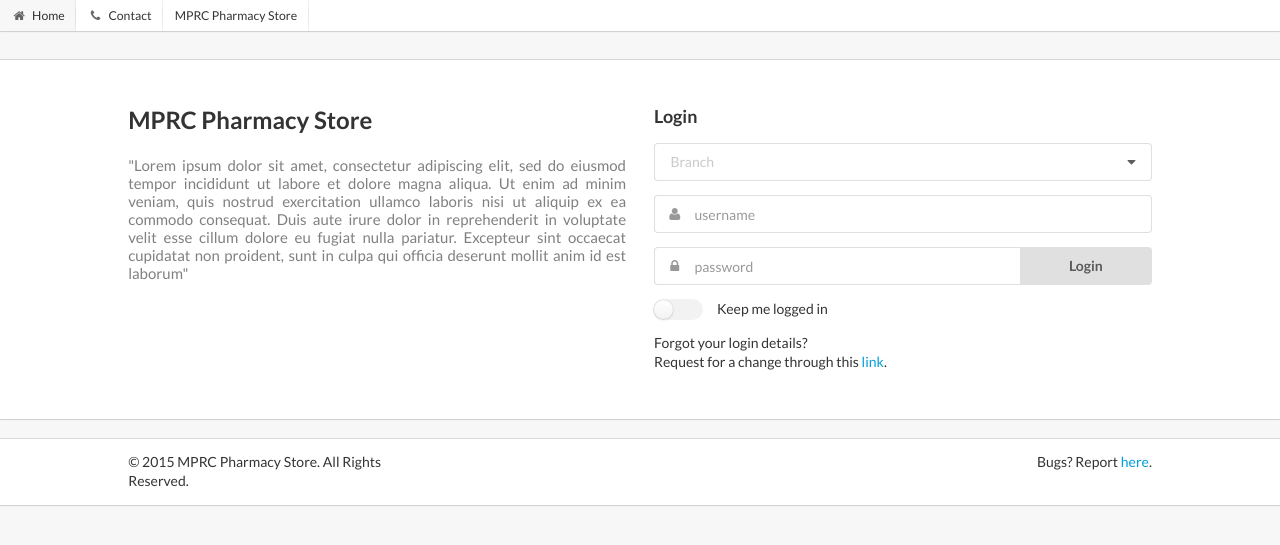
Repository: thdrwngkd/oims
Page: public/index.html
The author's editor kept a record of every edit. The page is drawn from the files as they stood at one moment, then again after the next edit.
The browser window is 1280 px wide. The pictures show the whole page.

Above is the page before.

### public/index.html
<!DOCTYPE html>
<html>
  <head>
    <!-- Standard Meta -->
    <meta charset="utf-8" />
    <meta http-equiv="X-UA-Compatible" content="IE=edge,chrome=1" />
    <meta name="viewport" content="width=device-width, initial-scale=1.0, maximum-scale=1.0">

    <!-- Site Properities -->
    <title>Online Inventory Management</title>

    <link href="../dist/googleapis.css" rel="stylesheet" type="text/css">
    <link href="../dist/semantic.css"   rel="stylesheet" type="text/css">
    <link href="../src/css/base.css"    rel="stylesheet" type="text/css">

    <script src="../dist/jquery.js"></script>
    <script src="../dist/jquery.address.js"></script>
    <script src="../dist/semantic.js"></script>

  </head>
  <body>
    <!-- Start  Header Navbar -->
    <header>
      <nav class="ui fixed fluid main small menu">
        <a class="item" href="#"><i class="home icon"></i>  Home</a>
        <a class="item" href="#"><i class="call icon"></i>  Contact</a>
        <a class="item">MPRC Pharmacy Store</a>
      </nav>
    </header>
    <!-- End    Header Navbar -->
    <div class="clear height sixty pixels"></div>
    <!-- Start  Section Masthead Segment -->
    <section class="ui center segment clear">
      <div class="ui stackable page grid top-bottom margin twenty pixels">
        <div class="two column row">
          <div class="column">
            <h2 class="ui header">
              MPRC Pharmacy Store
              <div class="sub header" style="margin-top: 20px; text-align: justify">
                "Lorem ipsum dolor sit amet, consectetur adipiscing elit, sed do eiusmod tempor incididunt ut labore et dolore magna aliqua. Ut enim ad minim veniam, quis nostrud exercitation ullamco laboris nisi ut aliquip ex ea commodo consequat. Duis aute irure dolor in reprehenderit in voluptate velit esse cillum dolore eu fugiat nulla pariatur. Excepteur sint occaecat cupidatat non proident, sunt in culpa qui officia deserunt mollit anim id est laborum"
              </div>
            </h2>
          </div>
          <div class="column">
            <h3 class="ui header">
              Login
            </h3>
            <form class="ui fluid form">
              <div class="field">
                <div class="ui selection dropdown">
                  <input type="hidden" name="gender">
                  <div class="default text">Branch</div>
                  <i class="dropdown icon"></i>
                  <div class="menu">
                    <div class="item" data-value="male">Pag-Asa</div>
                    <div class="item" data-value="female">Daang Tubo</div>
                  </div>
                </div>
              </div>
              <div class="field">
                <div class="ui left icon input">
                  <input type="text" placeholder="username">
                  <i class="user icon"></i>
                </div>
              </div>
              <div class="field">
                <div class="ui left icon action input">
                  <i class="lock icon"></i>
                  <input name="email" type="text" placeholder="password">
                  <div class="ui submit button">Login</div>
                </div>
              </div>
              <div class="field">
                <div class="ui toggle checkbox">
                  <input type="checkbox" name="keep_logged" value="x">
                  <label>Keep me logged in</label>
                </div>
              </div>
              <div class="field">
                <p>Forgot your login details?<br>Request for a change through this <a href="forgot-password.html">link</a>.</p>
              </div>
            </form>
          </div>
        </div>
      </div>

    </section>
    <!-- End    Projects Section -->
    <div class="clear height twenty pixels"></div>
    <!-- Start  About Section -->
    <section class="ui footer segment clear">
      <div class="ui page grid">
        <div class="row">
          <div class="left floated five wide column">
            <div>© 2015 MPRC Pharmacy Store. All Rights Reserved. <div></div></div>
          </div>
          <div class="five wide column">
            <p></p>
          </div>
          <div class="right floated right aligned six wide column">
            <p>Bugs? Report <a href="">here</a>.</p>
          </div>
        </div>
      </div>
    </section>
    <!-- End    About Section -->
    <!-- Javascript Imports -->
      <script src="../dist/base.js"></script>
    <!-- Javascript Imports -->
  </body>
</html>

### dist/googleapis.css
/* cyrillic-ext */
@font-face {
  font-family: 'Open Sans';
  font-style: normal;
  font-weight: 300;
  src: local('Open Sans Light'), local('OpenSans-Light'), url(http://fonts.gstatic.com/s/opensans/v10/DXI1ORHCpsQm3Vp6mXoaTSUUniRZcd_wq8DYmIfsw2A.woff2) format('woff2');
  unicode-range: U+0460-052F, U+20B4, U+2DE0-2DFF, U+A640-A69F;
}
/* cyrillic */
@font-face {
  font-family: 'Open Sans';
  font-style: normal;
  font-weight: 300;
  src: local('Open Sans Light'), local('OpenSans-Light'), url(http://fonts.gstatic.com/s/opensans/v10/DXI1ORHCpsQm3Vp6mXoaTeXREeHhJi4GEUJI9ob_ak4.woff2) format('woff2');
  unicode-range: U+0400-045F, U+0490-0491, U+04B0-04B1, U+2116;
}
/* devanagari */
@font-face {
  font-family: 'Open Sans';
  font-style: normal;
  font-weight: 300;
  src: local('Open Sans Light'), local('OpenSans-Light'), url(http://fonts.gstatic.com/s/opensans/v10/DXI1ORHCpsQm3Vp6mXoaTY0Uz7fbu6RM5MPetubMKio.woff2) format('woff2');
  unicode-range: U+02BC, U+0900-097F, U+1CD0-1CF6, U+1CF8-1CF9, U+200B-200D, U+20A8, U+20B9, U+25CC, U+A830-A839, U+A8E0-A8FB;
}
/* greek-ext */
@font-face {
  font-family: 'Open Sans';
  font-style: normal;
  font-weight: 300;
  src: local('Open Sans Light'), local('OpenSans-Light'), url(http://fonts.gstatic.com/s/opensans/v10/DXI1ORHCpsQm3Vp6mXoaTfzy0yu4vcvNhe7QLuoE8rU.woff2) format('woff2');
  unicode-range: U+1F00-1FFF;
}
/* greek */
@font-face {
  font-family: 'Open Sans';
  font-style: normal;
  font-weight: 300;
  src: local('Open Sans Light'), local('OpenSans-Light'), url(http://fonts.gstatic.com/s/opensans/v10/DXI1ORHCpsQm3Vp6mXoaTc9-ZSaZ3mOOsU9E1f6DGWc.woff2) format('woff2');
  unicode-range: U+0370-03FF;
}
/* vietnamese */
@font-face {
  font-family: 'Open Sans';
  font-style: normal;
  font-weight: 300;
  src: local('Open Sans Light'), local('OpenSans-Light'), url(http://fonts.gstatic.com/s/opensans/v10/DXI1ORHCpsQm3Vp6mXoaTYZI5FoslwusAsZHK_V0XCI.woff2) format('woff2');
  unicode-range: U+0102-0103, U+1EA0-1EF1, U+20AB;
}
/* latin-ext */
@font-face {
  font-family: 'Open Sans';
  font-style: normal;
  font-weight: 300;
  src: local('Open Sans Light'), local('OpenSans-Light'), url(http://fonts.gstatic.com/s/opensans/v10/DXI1ORHCpsQm3Vp6mXoaTRUOjZSKWg4xBWp_C_qQx0o.woff2) format('woff2');
  unicode-range: U+0100-024F, U+1E00-1EFF, U+20A0-20AB, U+20AD-20CF, U+2C60-2C7F, U+A720-A7FF;
}
/* latin */
@font-face {
  font-family: 'Open Sans';
  font-style: normal;
  font-weight: 300;
  src: local('Open Sans Light'), local('OpenSans-Light'), url(http://fonts.gstatic.com/s/opensans/v10/DXI1ORHCpsQm3Vp6mXoaTegdm0LZdjqr5-oayXSOefg.woff2) format('woff2');
  unicode-range: U+0000-00FF, U+0131, U+0152-0153, U+02C6, U+02DA, U+02DC, U+2000-206F, U+2074, U+20AC, U+2212, U+2215, U+E0FF, U+EFFD, U+F000;
}
/* cyrillic-ext */
@font-face {
  font-family: 'Open Sans';
  font-style: normal;
  font-weight: 400;
  src: local('Open Sans'), local('OpenSans'), url(http://fonts.gstatic.com/s/opensans/v10/K88pR3goAWT7BTt32Z01m1tXRa8TVwTICgirnJhmVJw.woff2) format('woff2');
  unicode-range: U+0460-052F, U+20B4, U+2DE0-2DFF, U+A640-A69F;
}
/* cyrillic */
@font-face {
  font-family: 'Open Sans';
  font-style: normal;
  font-weight: 400;
  src: local('Open Sans'), local('OpenSans'), url(http://fonts.gstatic.com/s/opensans/v10/RjgO7rYTmqiVp7vzi-Q5UVtXRa8TVwTICgirnJhmVJw.woff2) format('woff2');
  unicode-range: U+0400-045F, U+0490-0491, U+04B0-04B1, U+2116;
}
/* devanagari */
@font-face {
  font-family: 'Open Sans';
  font-style: normal;
  font-weight: 400;
  src: local('Open Sans'), local('OpenSans'), url(http://fonts.gstatic.com/s/opensans/v10/ttwNtsRpgsxVmgGGmiUOEltXRa8TVwTICgirnJhmVJw.woff2) format('woff2');
  unicode-range: U+02BC, U+0900-097F, U+1CD0-1CF6, U+1CF8-1CF9, U+200B-200D, U+20A8, U+20B9, U+25CC, U+A830-A839, U+A8E0-A8FB;
}
/* greek-ext */
@font-face {
  font-family: 'Open Sans';
  font-style: normal;
  font-weight: 400;
  src: local('Open Sans'), local('OpenSans'), url(http://fonts.gstatic.com/s/opensans/v10/LWCjsQkB6EMdfHrEVqA1KVtXRa8TVwTICgirnJhmVJw.woff2) format('woff2');
  unicode-range: U+1F00-1FFF;
}
/* greek */
@font-face {
  font-family: 'Open Sans';
  font-style: normal;
  font-weight: 400;
  src: local('Open Sans'), local('OpenSans'), url(http://fonts.gstatic.com/s/opensans/v10/xozscpT2726on7jbcb_pAltXRa8TVwTICgirnJhmVJw.woff2) format('woff2');
  unicode-range: U+0370-03FF;
}
/* vietnamese */
@font-face {
  font-family: 'Open Sans';
  font-style: normal;
  font-weight: 400;
  src: local('Open Sans'), local('OpenSans'), url(http://fonts.gstatic.com/s/opensans/v10/59ZRklaO5bWGqF5A9baEEVtXRa8TVwTICgirnJhmVJw.woff2) format('woff2');
  unicode-range: U+0102-0103, U+1EA0-1EF1, U+20AB;
}
/* latin-ext */
@font-face {
  font-family: 'Open Sans';
  font-style: normal;
  font-weight: 400;
  src: local('Open Sans'), local('OpenSans'), url(http://fonts.gstatic.com/s/opensans/v10/u-WUoqrET9fUeobQW7jkRVtXRa8TVwTICgirnJhmVJw.woff2) format('woff2');
  unicode-range: U+0100-024F, U+1E00-1EFF, U+20A0-20AB, U+20AD-20CF, U+2C60-2C7F, U+A720-A7FF;
}
/* latin */
@font-face {
  font-family: 'Open Sans';
  font-style: normal;
  font-weight: 400;
  src: local('Open Sans'), local('OpenSans'), url(http://fonts.gstatic.com/s/opensans/v10/cJZKeOuBrn4kERxqtaUH3VtXRa8TVwTICgirnJhmVJw.woff2) format('woff2');
  unicode-range: U+0000-00FF, U+0131, U+0152-0153, U+02C6, U+02DA, U+02DC, U+2000-206F, U+2074, U+20AC, U+2212, U+2215, U+E0FF, U+EFFD, U+F000;
}
/* cyrillic-ext */
@font-face {
  font-family: 'Open Sans';
  font-style: normal;
  font-weight: 700;
  src: local('Open Sans Bold'), local('OpenSans-Bold'), url(http://fonts.gstatic.com/s/opensans/v10/k3k702ZOKiLJc3WVjuplzCUUniRZcd_wq8DYmIfsw2A.woff2) format('woff2');
  unicode-range: U+0460-052F, U+20B4, U+2DE0-2DFF, U+A640-A69F;
}
/* cyrillic */
@font-face {
  font-family: 'Open Sans';
  font-style: normal;
  font-weight: 700;
  src: local('Open Sans Bold'), local('OpenSans-Bold'), url(http://fonts.gstatic.com/s/opensans/v10/k3k702ZOKiLJc3WVjuplzOXREeHhJi4GEUJI9ob_ak4.woff2) format('woff2');
  unicode-range: U+0400-045F, U+0490-0491, U+04B0-04B1, U+2116;
}
/* devanagari */
@font-face {
  font-family: 'Open Sans';
  font-style: normal;
  font-weight: 700;
  src: local('Open Sans Bold'), local('OpenSans-Bold'), url(http://fonts.gstatic.com/s/opensans/v10/k3k702ZOKiLJc3WVjuplzI0Uz7fbu6RM5MPetubMKio.woff2) format('woff2');
  unicode-range: U+02BC, U+0900-097F, U+1CD0-1CF6, U+1CF8-1CF9, U+200B-200D, U+20A8, U+20B9, U+25CC, U+A830-A839, U+A8E0-A8FB;
}
/* greek-ext */
@font-face {
  font-family: 'Open Sans';
  font-style: normal;
  font-weight: 700;
  src: local('Open Sans Bold'), local('OpenSans-Bold'), url(http://fonts.gstatic.com/s/opensans/v10/k3k702ZOKiLJc3WVjuplzPzy0yu4vcvNhe7QLuoE8rU.woff2) format('woff2');
  unicode-range: U+1F00-1FFF;
}
/* greek */
@font-face {
  font-family: 'Open Sans';
  font-style: normal;
  font-weight: 700;
  src: local('Open Sans Bold'), local('OpenSans-Bold'), url(http://fonts.gstatic.com/s/opensans/v10/k3k702ZOKiLJc3WVjuplzM9-ZSaZ3mOOsU9E1f6DGWc.woff2) format('woff2');
  unicode-range: U+0370-03FF;
}
/* vietnamese */
@font-face {
  font-family: 'Open Sans';
  font-style: normal;
  font-weight: 700;
  src: local('Open Sans Bold'), local('OpenSans-Bold'), url(http://fonts.gstatic.com/s/opensans/v10/k3k702ZOKiLJc3WVjuplzIZI5FoslwusAsZHK_V0XCI.woff2) format('woff2');
  unicode-range: U+0102-0103, U+1EA0-1EF1, U+20AB;
}
/* latin-ext */
@font-face {
  font-family: 'Open Sans';
  font-style: normal;
  font-weight: 700;
  src: local('Open Sans Bold'), local('OpenSans-Bold'), url(http://fonts.gstatic.com/s/opensans/v10/k3k702ZOKiLJc3WVjuplzBUOjZSKWg4xBWp_C_qQx0o.woff2) format('woff2');
  unicode-range: U+0100-024F, U+1E00-1EFF, U+20A0-20AB, U+20AD-20CF, U+2C60-2C7F, U+A720-A7FF;
}
/* latin */
@font-face {
  font-family: 'Open Sans';
  font-style: normal;
  font-weight: 700;
  src: local('Open Sans Bold'), local('OpenSans-Bold'), url(http://fonts.gstatic.com/s/opensans/v10/k3k702ZOKiLJc3WVjuplzOgdm0LZdjqr5-oayXSOefg.woff2) format('woff2');
  unicode-range: U+0000-00FF, U+0131, U+0152-0153, U+02C6, U+02DA, U+02DC, U+2000-206F, U+2074, U+20AC, U+2212, U+2215, U+E0FF, U+EFFD, U+F000;
}
/* cyrillic-ext */
@font-face {
  font-family: 'Open Sans';
  font-style: italic;
  font-weight: 300;
  src: local('Open Sans Light Italic'), local('OpenSansLight-Italic'), url(http://fonts.gstatic.com/s/opensans/v10/PRmiXeptR36kaC0GEAetxnJcj75aoY2FkN1K7fN5pSM.woff2) format('woff2');
  unicode-range: U+0460-052F, U+20B4, U+2DE0-2DFF, U+A640-A69F;
}
/* cyrillic */
@font-face {
  font-family: 'Open Sans';
  font-style: italic;
  font-weight: 300;
  src: local('Open Sans Light Italic'), local('OpenSansLight-Italic'), url(http://fonts.gstatic.com/s/opensans/v10/PRmiXeptR36kaC0GEAetxn1Xmpo4ASt4tV2E8fbn9tc.woff2) format('woff2');
  unicode-range: U+0400-045F, U+0490-0491, U+04B0-04B1, U+2116;
}
/* devanagari */
@font-face {
  font-family: 'Open Sans';
  font-style: italic;
  font-weight: 300;
  src: local('Open Sans Light Italic'), local('OpenSansLight-Italic'), url(http://fonts.gstatic.com/s/opensans/v10/PRmiXeptR36kaC0GEAetxp0ZClPV6EjNt18zha_DeYY.woff2) format('woff2');
  unicode-range: U+02BC, U+0900-097F, U+1CD0-1CF6, U+1CF8-1CF9, U+200B-200D, U+20A8, U+20B9, U+25CC, U+A830-A839, U+A8E0-A8FB;
}
/* greek-ext */
@font-face {
  font-family: 'Open Sans';
  font-style: italic;
  font-weight: 300;
  src: local('Open Sans Light Italic'), local('OpenSansLight-Italic'), url(http://fonts.gstatic.com/s/opensans/v10/PRmiXeptR36kaC0GEAetxhvwU2jSZ_W3bMnLe__5hmc.woff2) format('woff2');
  unicode-range: U+1F00-1FFF;
}
/* greek */
@font-face {
  font-family: 'Open Sans';
  font-style: italic;
  font-weight: 300;
  src: local('Open Sans Light Italic'), local('OpenSansLight-Italic'), url(http://fonts.gstatic.com/s/opensans/v10/PRmiXeptR36kaC0GEAetxlG2YASMDG4K4_XuakzasE8.woff2) format('woff2');
  unicode-range: U+0370-03FF;
}
/* vietnamese */
@font-face {
  font-family: 'Open Sans';
  font-style: italic;
  font-weight: 300;
  src: local('Open Sans Light Italic'), local('OpenSansLight-Italic'), url(http://fonts.gstatic.com/s/opensans/v10/PRmiXeptR36kaC0GEAetxqRhChYxGgJf4PX4Wvk4Rlk.woff2) format('woff2');
  unicode-range: U+0102-0103, U+1EA0-1EF1, U+20AB;
}
/* latin-ext */
@font-face {
  font-family: 'Open Sans';
  font-style: italic;
  font-weight: 300;
  src: local('Open Sans Light Italic'), local('OpenSansLight-Italic'), url(http://fonts.gstatic.com/s/opensans/v10/PRmiXeptR36kaC0GEAetxo05NJhCxBV64hQBJiatqx0.woff2) format('woff2');
  unicode-range: U+0100-024F, U+1E00-1EFF, U+20A0-20AB, U+20AD-20CF, U+2C60-2C7F, U+A720-A7FF;
}
/* latin */
@font-face {
  font-family: 'Open Sans';
  font-style: italic;
  font-weight: 300;
  src: local('Open Sans Light Italic'), local('OpenSansLight-Italic'), url(http://fonts.gstatic.com/s/opensans/v10/PRmiXeptR36kaC0GEAetxko2lTMeWA_kmIyWrkNCwPc.woff2) format('woff2');
  unicode-range: U+0000-00FF, U+0131, U+0152-0153, U+02C6, U+02DA, U+02DC, U+2000-206F, U+2074, U+20AC, U+2212, U+2215, U+E0FF, U+EFFD, U+F000;
}
/* vietnamese */
@font-face {
  font-family: 'Source Sans Pro';
  font-style: normal;
  font-weight: 400;
  src: local('Source Sans Pro'), local('SourceSansPro-Regular'), url(http://fonts.gstatic.com/s/sourcesanspro/v9/ODelI1aHBYDBqgeIAH2zlNOAHFN6BivSraYkjhveRHY.woff2) format('woff2');
  unicode-range: U+0102-0103, U+1EA0-1EF1, U+20AB;
}
/* latin-ext */
@font-face {
  font-family: 'Source Sans Pro';
  font-style: normal;
  font-weight: 400;
  src: local('Source Sans Pro'), local('SourceSansPro-Regular'), url(http://fonts.gstatic.com/s/sourcesanspro/v9/ODelI1aHBYDBqgeIAH2zlC2Q8seG17bfDXYR_jUsrzg.woff2) format('woff2');
  unicode-range: U+0100-024F, U+1E00-1EFF, U+20A0-20AB, U+20AD-20CF, U+2C60-2C7F, U+A720-A7FF;
}
/* latin */
@font-face {
  font-family: 'Source Sans Pro';
  font-style: normal;
  font-weight: 400;
  src: local('Source Sans Pro'), local('SourceSansPro-Regular'), url(http://fonts.gstatic.com/s/sourcesanspro/v9/ODelI1aHBYDBqgeIAH2zlNV_2ngZ8dMf8fLgjYEouxg.woff2) format('woff2');
  unicode-range: U+0000-00FF, U+0131, U+0152-0153, U+02C6, U+02DA, U+02DC, U+2000-206F, U+2074, U+20AC, U+2212, U+2215, U+E0FF, U+EFFD, U+F000;
}
/* vietnamese */
@font-face {
  font-family: 'Source Sans Pro';
  font-style: normal;
  font-weight: 700;
  src: local('Source Sans Pro Bold'), local('SourceSansPro-Bold'), url(http://fonts.gstatic.com/s/sourcesanspro/v9/toadOcfmlt9b38dHJxOBGDovqjS_dXPZszO_XltPdNg.woff2) format('woff2');
  unicode-range: U+0102-0103, U+1EA0-1EF1, U+20AB;
}
/* latin-ext */
@font-face {
  font-family: 'Source Sans Pro';
  font-style: normal;
  font-weight: 700;
  src: local('Source Sans Pro Bold'), local('SourceSansPro-Bold'), url(http://fonts.gstatic.com/s/sourcesanspro/v9/toadOcfmlt9b38dHJxOBGFxe-GPfKKFmiXaJ_Q0GFr8.woff2) format('woff2');
  unicode-range: U+0100-024F, U+1E00-1EFF, U+20A0-20AB, U+20AD-20CF, U+2C60-2C7F, U+A720-A7FF;
}
/* latin */
@font-face {
  font-family: 'Source Sans Pro';
  font-style: normal;
  font-weight: 700;
  src: local('Source Sans Pro Bold'), local('SourceSansPro-Bold'), url(http://fonts.gstatic.com/s/sourcesanspro/v9/toadOcfmlt9b38dHJxOBGEo0As1BFRXtCDhS66znb_k.woff2) format('woff2');
  unicode-range: U+0000-00FF, U+0131, U+0152-0153, U+02C6, U+02DA, U+02DC, U+2000-206F, U+2074, U+20AC, U+2212, U+2215, U+E0FF, U+EFFD, U+F000;
}

### src/css/base.css

      .clear.height {
        height: 0;
      }

      .clear.height.ten.pixels {
        height: 10px;
      }

      .clear.height.twenty.pixels {
        height: 20px;
      }

      .clear.height.forty.pixels {
        height: 40px;
      }

      .clear.height.sixty.pixels {
        height: 60px;
      }

      .clear.height.eighty.pixels {
        height: 80px;
      }

      .clear.height.one.hundred.pixels {
        height: 100px;
      }

      .clear.height.two.hundred.pixels {
        height: 200px;
      }

      .ui.clear {
        border-radius: 0;
        margin: 0;
      }

      .ui.top-bottom.margin {
        margin-top: 100px;
        margin-bottom: 100px;
      }

      .ui.top-bottom.margin.ten.pixels {
        margin-top:     10px;
        margin-bottom:  10px;
      }

      .ui.top-bottom.margin.twenty.pixels {
        margin-top:     20px;
        margin-bottom:  20px;
      }

      .ui.top-bottom.margin.forty.pixels {
        margin-top:     40px;
        margin-bottom:  40px;
      }

      .ui.skill.label {
        margin-top: 4px;
        margin-bottom: 4px;
      }

      .bordered {
        border: 1px solid black;
      }

### dist/base.js
$(document).ready(function(){
  $('.dropdown').dropdown();
  $('.checkbox').checkbox();
});

Loaded but not shown: dist/semantic.css (library); dist/jquery.js (library); dist/jquery.address.js (library); dist/semantic.js (library)

After the next edit:
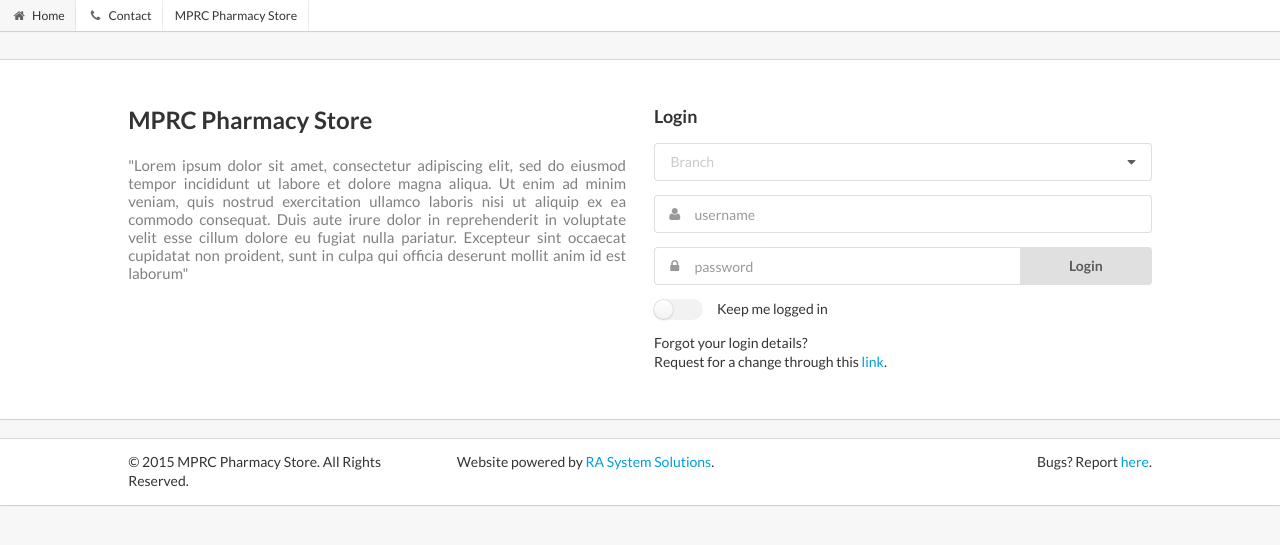
The edit:
--- a/public/index.html
+++ b/public/index.html
@@ -95,7 +95,7 @@
             <div>© 2015 MPRC Pharmacy Store. All Rights Reserved. <div></div></div>
           </div>
           <div class="five wide column">
-            <p></p>
+            <p>Website powered by <a href="">RA System Solutions</a>.</p>
           </div>
           <div class="right floated right aligned six wide column">
             <p>Bugs? Report <a href="">here</a>.</p>
